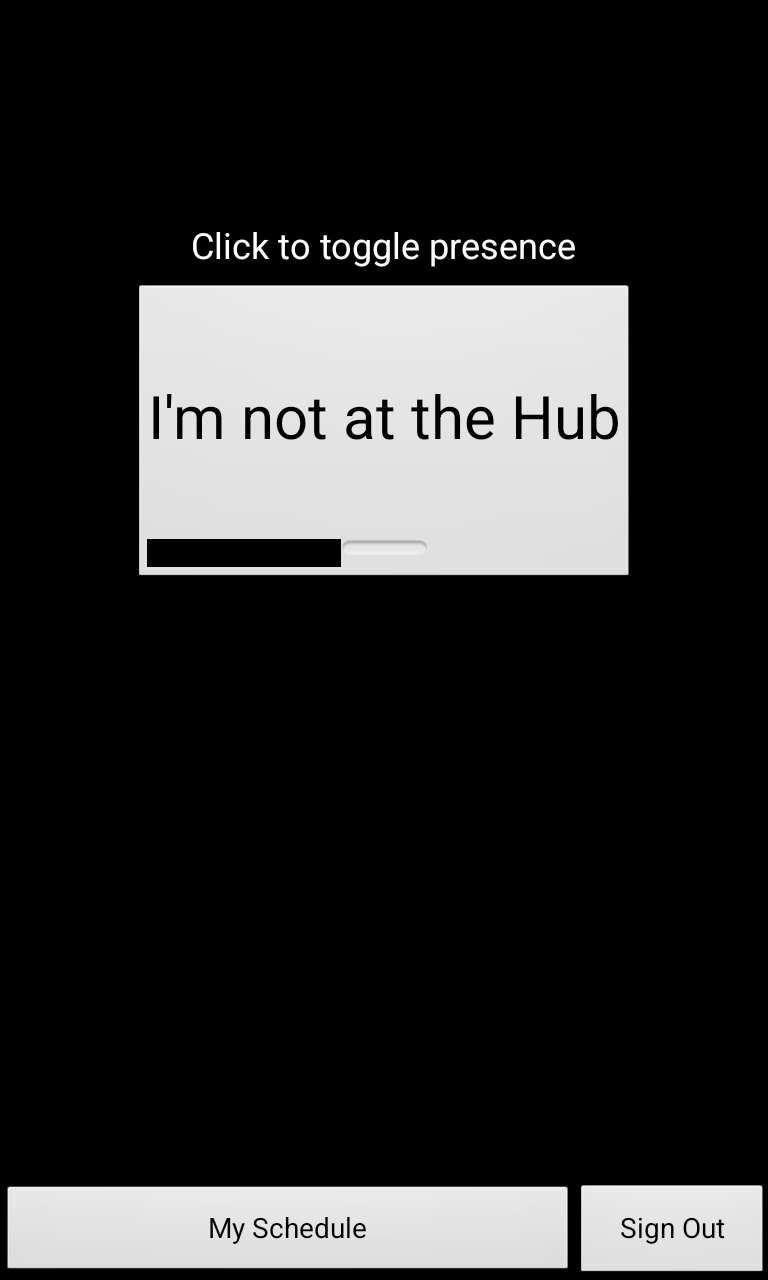
Repository: appsfactory/OfficeHours
Layout: OfficeHoursClient/res/layout/activity_sign__in.xml
The author's editor kept a copy of each file at every save. The layout is drawn from the files as they stood at one save, then again after the next save.
It is drawn on a 768 x 1280 px phone screen (xhdpi) without system bars, with theme AppTheme; the app's code is not run.

Above is the layout before, as saved 2012-10-05 17:50:50.

After the next save:
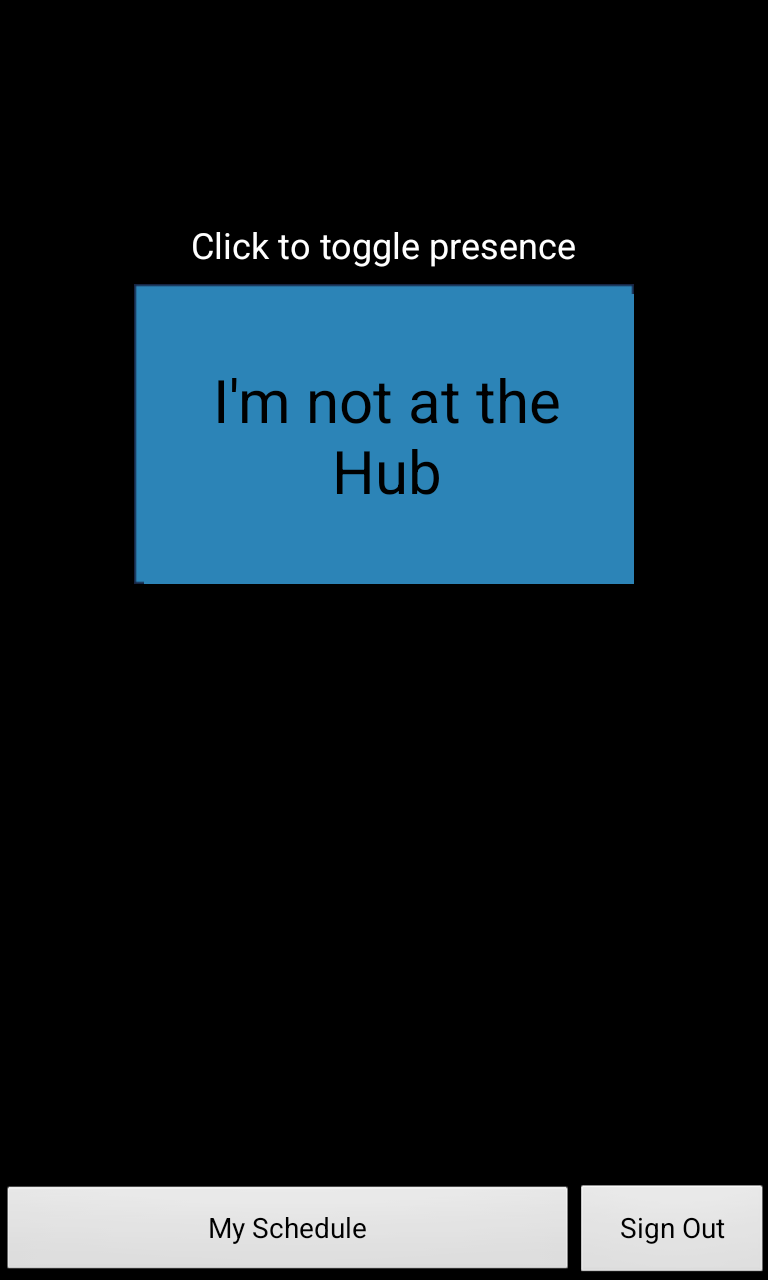
Saved 15 s later.
--- a/OfficeHoursClient/res/layout/activity_sign__in.xml
+++ b/OfficeHoursClient/res/layout/activity_sign__in.xml
@@ -13,7 +13,8 @@
         android:onClick="toggleSignIn"
         android:textOff="I&apos;m not at the Hub"
         android:textOn="I&apos;m at the Hub"
-        android:textSize="30sp" />
+        android:textSize="30sp"
+        android:background="@drawable/button_blue" />
 
     <TextView
         android:id="@+id/textView1"
